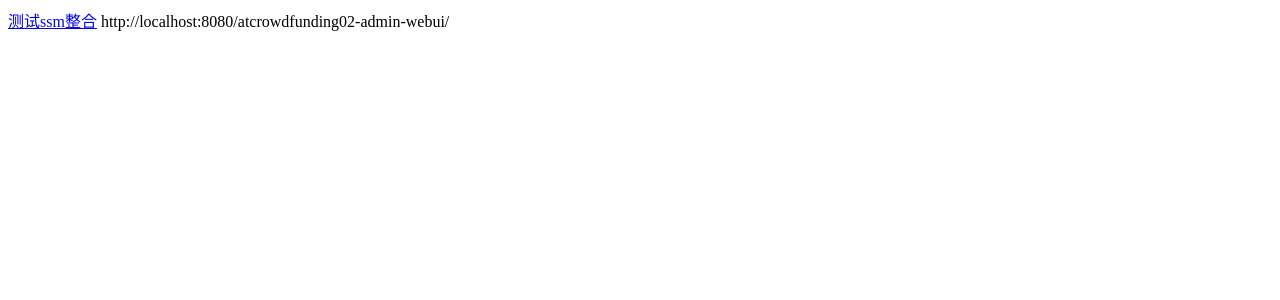
Repository: sk370/01.raise-funds
Page: http://localhost/atcrowdfunding02-admin-webui/index.jsp
These files come from the project's save history. The page is drawn as it stood at one moment and after the next save; the edit follows.
The browser window is 1280 px wide. The pictures show the whole page.
The page is served by Tomcat 9. Nobody is signed in. The application's start-up code is not run.

Above is the page before, as saved 2022-08-31 08:28:32.

After the next save:
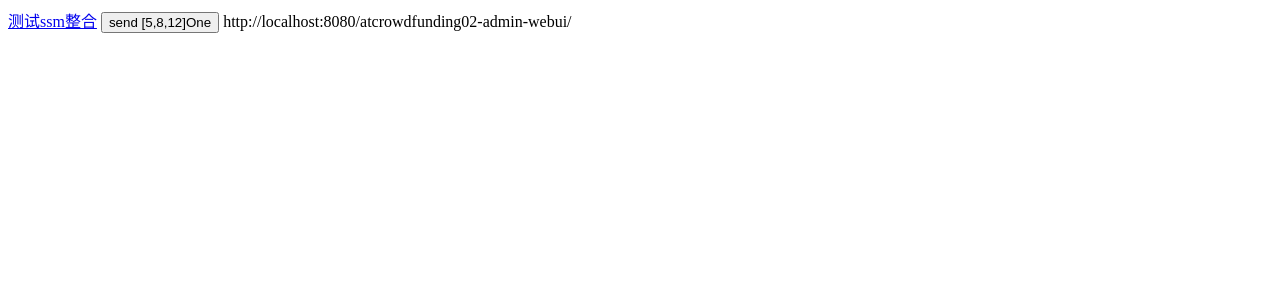
Saved 2 min 13 s later.
--- a/atcrowdfunding01-admin-parent/atcrowdfunding02-admin-webui/src/main/webapp/index.jsp
+++ b/atcrowdfunding01-admin-parent/atcrowdfunding02-admin-webui/src/main/webapp/index.jsp
@@ -6,16 +6,18 @@
 <meta charset="UTF-8">
 <title>Insert title here</title>
 <base href="${pageContext.request.scheme }://${ pageContext.request.serverName}:${ pageContext.request.serverPort}${ pageContext.request.contextPath}/"/>
-<script	type="text/javascript" src="jquey/jquery-2.1.1.min.js">
+<script	type="text/javascript" src="jquey/jquery-2.1.1.min.js" />
 <script type="text/javascript">
 	$(function(){
+		$("#btn1").click(function(){
 
-	})
+		});
+	});
 </script>
 </head>
 <body>
 	<a href="${pageContext.request.contextPath}/test/ssm.html">测试ssm整合</a>
-
+	<button id="'btn1">send [5,8,12]One</button>
 
 ${pageContext.request.scheme }://${ pageContext.request.serverName}:${ pageContext.request.serverPort}${ pageContext.request.contextPath}/
 
